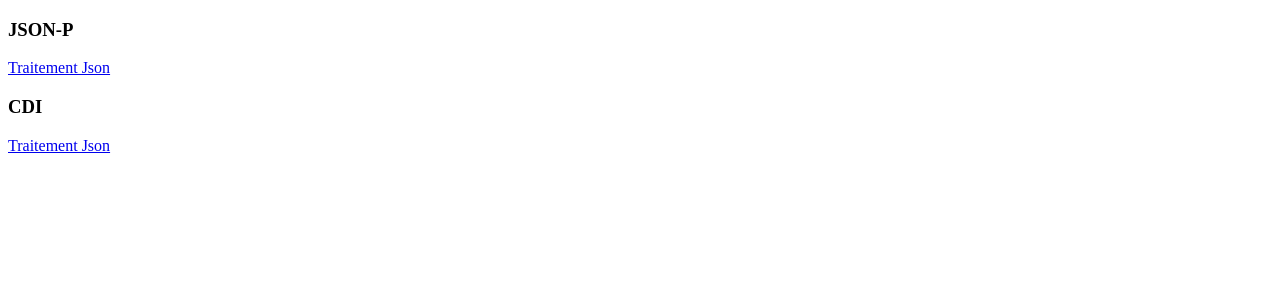
Repository: antoinebody/formationJee7
Page: http://localhost/ProjJEE7/
These files come from the project's save history. The page is drawn as it stood at one moment and after the next save; the edit follows.
The browser window is 1280 px wide. The pictures show the whole page.
The page is served by Tomcat 9. Nobody is signed in. The application's start-up code is not run.

Above is the page before, as saved 2015-11-24 10:31:55.

After the next save:
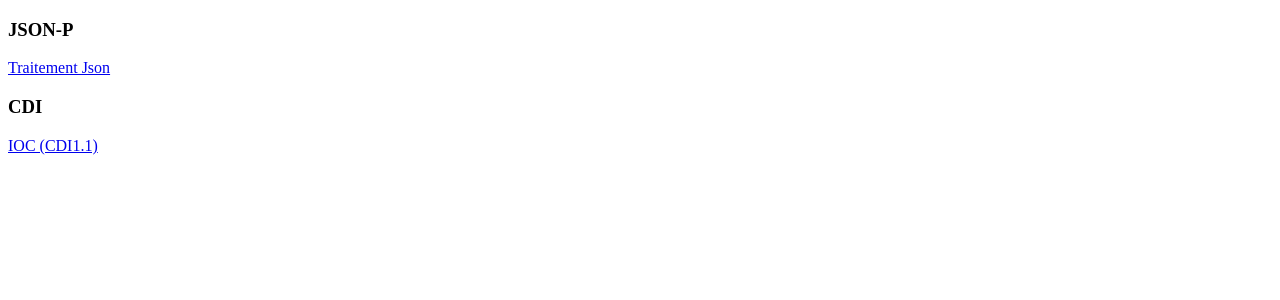
Saved 8 s later.
--- a/ProjJEE7/WebContent/index.jsp
+++ b/ProjJEE7/WebContent/index.jsp
@@ -13,7 +13,7 @@
 	<br/>
 
 	<h3>CDI</h3>
-	<a title="JSON-P" href="CDIController">Traitement Json</a>
+	<a title="JSON-P" href="CDIController">IOC (CDI1.1)</a>
 	<br/>
 </body>
 </html>
